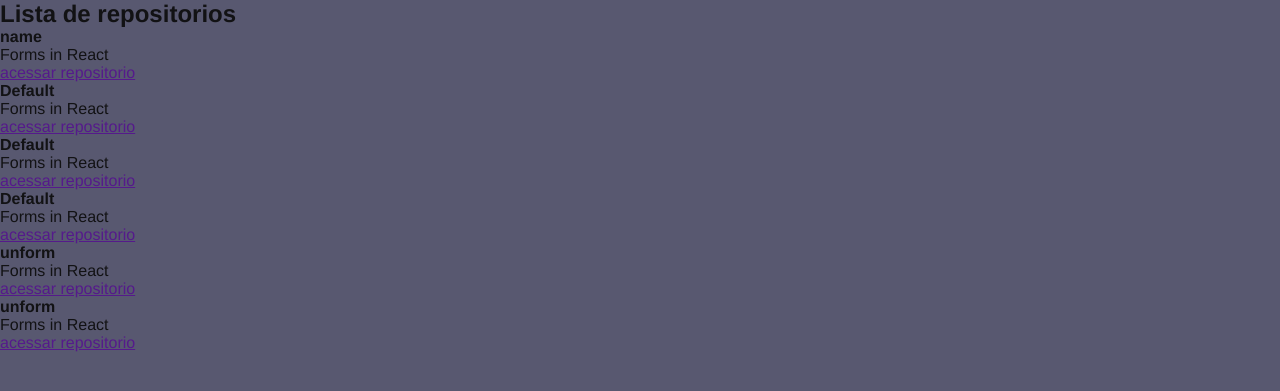
Repository: niltonmalves/01-githug-explorer
Page: /
The author's editor kept a copy of each file at every save. The page is drawn from the files as they stood at one save, then again after a run of saves.
The browser window is 1280 px wide. The pictures show the whole page.
The project was rebuilt for these pictures with package versions that can differ from the ones it lists, and the page was loaded fresh each time. Also part of the build but not shown: webpack.config.js.

Above is the page before, as saved 2022-01-06 14:56:18.

### public/index.html
<!DOCTYPE html>
<html lang="en">
<head>
    <meta charset="UTF-8">
    <meta http-equiv="X-UA-Compatible" content="IE=edge">
    <meta name="viewport" content="width=device-width, initial-scale=1.0">
    <title>Github Explore</title>
</head>
<body>
    <div id="root"></div>

</body>
</html>

### src/index.jsx
import {render} from 'react-dom';
import { App } from './App';

render(<App/>, document.getElementById('root'))

### src/App.jsx
import { RepositoryList } from './components/RepositoryList';
import './styles/global.scss';

export function App(){
    return <RepositoryList></RepositoryList>
}

### src/components/RepositoryList.jsx
import { RepositoryItem } from "./RepositoryItem";

const repositoryName = 'unform2';
const repository = {
    name: 'name',
    description: 'Forms in React2',
    link: 'https://github.com/unform/unform'
}
export function RepositoryList() {
    return (
        <section className="repository-list">
      <h1>Lista de repositorios</h1>
      <ul>

        <RepositoryItem
        respository={repository}/>
        <RepositoryItem />
        <RepositoryItem />
        <RepositoryItem />
          <li>
              <strong>unform</strong>
              <p>Forms in React</p>
              <a href="">
                  acessar repositorio
              </a>
          </li>
          <li>
              <strong>unform</strong>
              <p>Forms in React</p>
              <a href="">
                  acessar repositorio
              </a>
          </li>
      </ul>
        </section>
    );
}

### src/styles/global.scss
* {
    margin: 0;
    padding: 0;
    box-sizing: border-box;
}

body {
    font: 16px "Helvetica Neue", Arial, sans-serif;
    color: #121214;
    background-color: rgb(88, 88, 112);

}

### src/components/RepositoryItem.jsx
export function RepositoryItem(props){
    return(
        <li>
        <strong>{props.respository?.name ?? 'Default'}</strong>
        <p>Forms in React</p>
        <a href="">
            acessar repositorio
        </a>
    </li>
    )
}

After the next 2 saves:
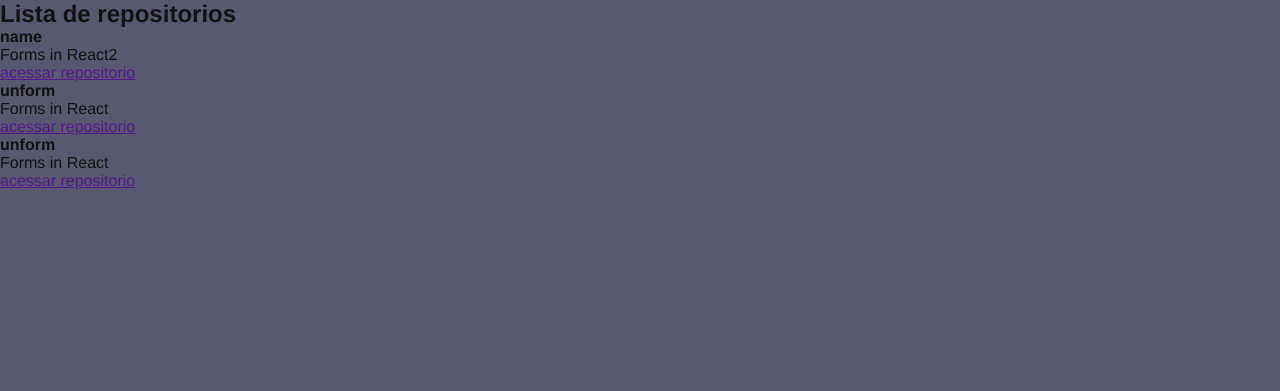
The 2 saves are shown as one change because 1 did not build or start.
The last was saved 37 s later.
--- a/src/components/RepositoryList.jsx
+++ b/src/components/RepositoryList.jsx
@@ -14,9 +14,7 @@ export function RepositoryList() {
 
         <RepositoryItem
         respository={repository}/>
-        <RepositoryItem />
-        <RepositoryItem />
-        <RepositoryItem />
+
           <li>
               <strong>unform</strong>
               <p>Forms in React</p>
--- a/src/components/RepositoryItem.jsx
+++ b/src/components/RepositoryItem.jsx
@@ -2,7 +2,7 @@ export function RepositoryItem(props){
     return(
         <li>
         <strong>{props.respository?.name ?? 'Default'}</strong>
-        <p>Forms in React</p>
+        <p>{props.respository.description}</p>
         <a href="">
             acessar repositorio
         </a>
